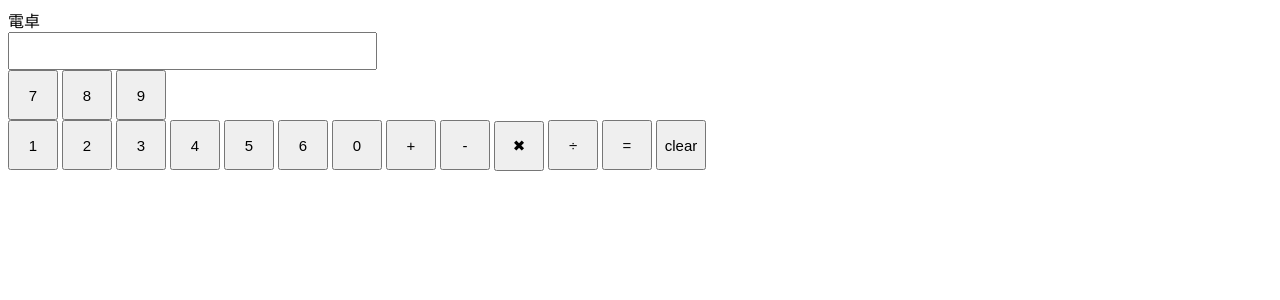
Repository: U-dias/work3
Page: 実践課題(電卓)/index.html
The author's editor kept a record of every edit. The page is drawn from the files as they stood at one moment, then again after the next edit.
The browser window is 1280 px wide. The pictures show the whole page.

Above is the page before.

### 実践課題(電卓)/index.html
<!DOCTYPE html>
 <meta charset="utf-8">
 <html>
  <link rel="stylesheet" href="main.css">
  <body>
 <div>電卓</div>
 <input style="font-size: 28px; text-align: right;"/><br />
 <script>
   function update(_v){
     document.querySelector('input').value = _v
   }
   function append(_v){
     document.querySelector('input').value += _v
   }
   function calc(){
        const v = document.querySelector( 'input' ).value
        try{
        const f = new Function( 'return ' + v )
        update( f().toString() )}
        catch( _error){
          update( _error)
        }
}
 </script>
 <button onclick="append('7')">7</button>
 <button onclick="append('8')">8</button>
 <button onclick="append('9')">9</button><br />

 <button onclick="append('1')">1</button>
 <button onclick="append('2')">2</button>
 <button onclick="append('3')">3</button>
 <button onclick="append('4')">4</button>
 <button onclick="append('5')">5</button>
 <button onclick="append('6')">6</button>
 <button onclick="append('0')">0</button>

 <button onclick="append('+')">+</button>
 <button onclick="append('-')">-</button>
 <button onclick="append('*')">✖︎</button>
 <button onclick="append('/')">÷</button>

 <button onclick="calc()">=</button>

 <button onclick="update(' ')">clear</button>
 </body></html>

### 実践課題(電卓)/main.css
button {
  width:50px;
  height:50px;
  font-size:15px;
}

After the next edit:
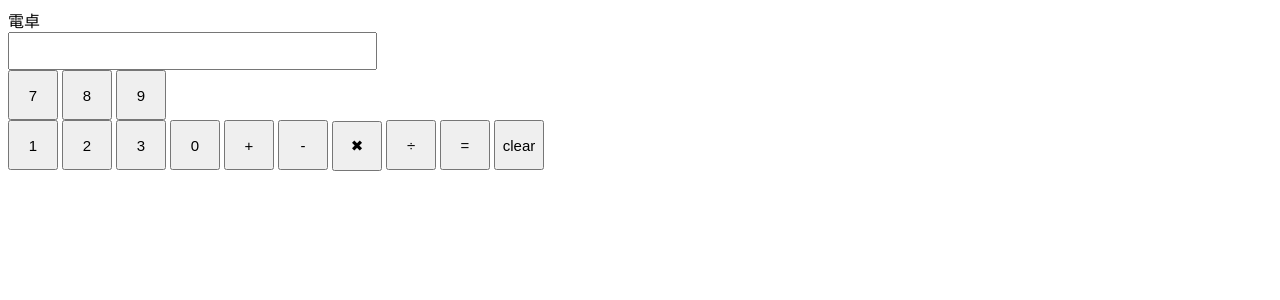
The edit:
--- a/実践課題(電卓)/index.html
+++ b/実践課題(電卓)/index.html
@@ -29,9 +29,7 @@
  <button onclick="append('1')">1</button>
  <button onclick="append('2')">2</button>
  <button onclick="append('3')">3</button>
- <button onclick="append('4')">4</button>
- <button onclick="append('5')">5</button>
- <button onclick="append('6')">6</button>
+
  <button onclick="append('0')">0</button>
 
  <button onclick="append('+')">+</button>
